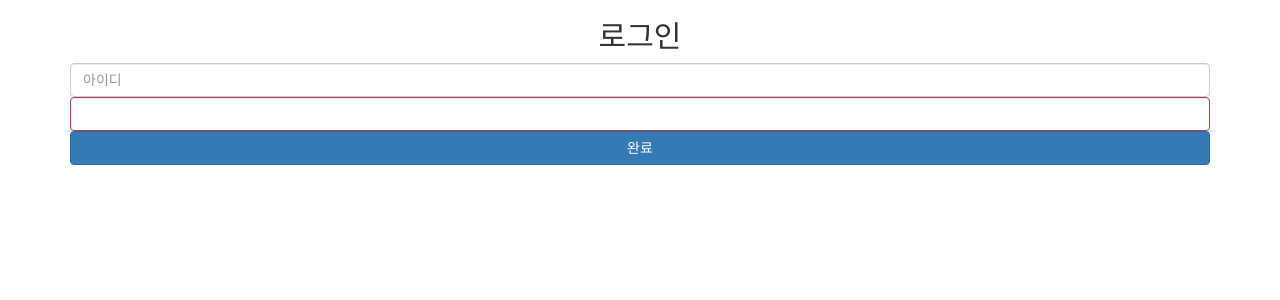
Repository: iwin2471/JSP_study
Page: http://localhost/ReProject/test.jsp
These files come from the project's save history. The page is drawn as it stood at one moment and after the next save; the edit follows.
The browser window is 1280 px wide. The pictures show the whole page.
Some web libraries are served in a nearby version. The page is served by Tomcat 9.

Above is the page before, as saved 2015-11-14 19:04:11.
Console error (its wording comes from the project's code and is left out).

After the next save:
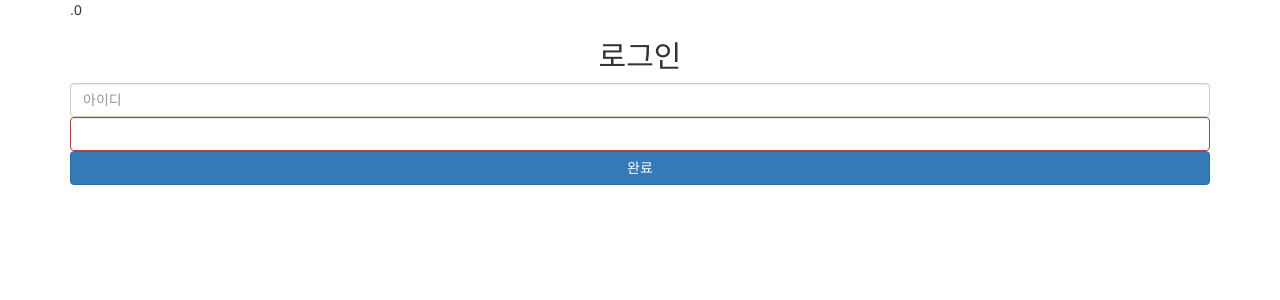
Saved 16 h 33 min later.
--- a/jsp/ReProject/WebContent/test.jsp
+++ b/jsp/ReProject/WebContent/test.jsp
@@ -30,6 +30,8 @@ int singginRe = dbc.siggin(id, passwd);
 
 
 <form class="form-signin" action="<%=request.getContextPath()%>/logincheck.jsp" method="POST">
+
+.0
 	<h2 class="form-signin-heading"><center>로그인</center></h2>
 	<input name="id2" id="id" class="form-control" placeholder="아이디">
 
